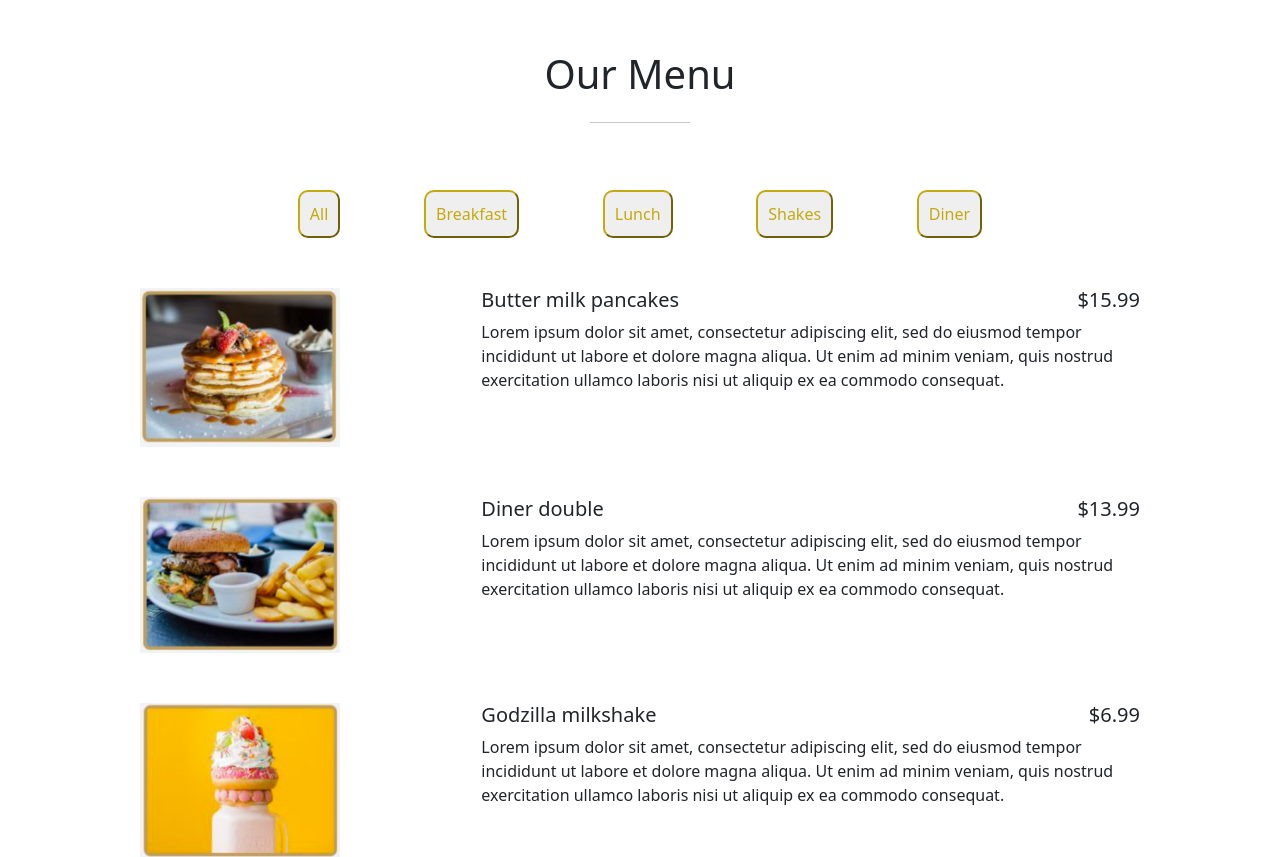
Repository: Sarah7223/internet-programming-tp
Page: TP4/TP04.2.html
These files come from the project's save history. The page is drawn as it stood at one moment and after the next save; the edit follows.
The browser window is 1280 px wide. The pictures show the whole page.

Above is the page before, as saved 2023-01-31 22:51:42.

### TP4/TP04.2.html
<!doctype html>
<html lang="en">
  <head>
    <meta charset="utf-8">
    <meta name="viewport" content="width=device-width, initial-scale=1">
    <title>Bootstrap demo</title>
    <link href="https://cdn.jsdelivr.net/npm/bootstrap@5.3.0-alpha1/dist/css/bootstrap.min.css" rel="stylesheet" integrity="sha384-GLhlTQ8iRABdZLl6O3oVMWSktQOp6b7In1Zl3/Jr59b6EGGoI1aFkw7cmDA6j6gD" crossorigin="anonymous">
    <style>
        .background{
            height:100%;
            width:100%;
            display: flex;
            flex-direction: column;
            align-items: center;
        }
        h1{
            margin-top:50px;

        }
        .buttons{
            margin-top:50px;
            display:flex;
            width:60%;
            justify-content: space-around;
        }
        img{
            width: 200px;
        }
        .title-price{
            display: flex;
            justify-content: space-between;
        }
        .row{
            margin-top:50px;
            width:80%;
        }
        h3{
            font-size: 20px;
        }
        button{
            color: rgb(196, 169, 16);
            border-color: rgb(196, 169, 16);
            border-radius: 10px;
            padding:10px;
            cursor: pointer;

        }


    </style>
    </head>
  <body>
    <div class="background">
        <h1> Our Menu </h1>
        <hr align="center" width="100" size="4">
        <div class="buttons">
            <button >All</button>
            <button>Breakfast</button>
            <button>Lunch</button>
            <button>Shakes</button>
            <button>Diner</button>
        </div>
        <div class="row">
            <div class="col-sm-4">
                <img src="./pancakes.png">
            </div>
            <div class="col-sm-8">
                <div class="title-price">
                    <h3>Butter milk pancakes</h3>
                    <h3>$15.99</h3>
                </div>
                <p>Lorem ipsum dolor sit amet, consectetur adipiscing elit, sed do eiusmod tempor incididunt ut labore et dolore magna aliqua. Ut enim ad minim veniam, quis nostrud exercitation ullamco laboris nisi ut aliquip ex ea commodo consequat. </p>

            </div>
        </div>
        <div class="row">
            <div class="col-sm-4">
                <img src="./diner.png">
            </div>
            <div class="col-sm-8">
                <div class="title-price">
                    <h3>Diner double</h3>
                    <h3>$13.99</h3>
                </div>
                <p>Lorem ipsum dolor sit amet, consectetur adipiscing elit, sed do eiusmod tempor incididunt ut labore et dolore magna aliqua. Ut enim ad minim veniam, quis nostrud exercitation ullamco laboris nisi ut aliquip ex ea commodo consequat. </p>

            </div>
        </div>
        <div class="row">
            <div class="col-sm-4">
                <img src="./milkshake.png">
            </div>
            <div class="col-sm-8">
                <div class="title-price">
                    <h3>Godzilla milkshake</h3>
                    <h3>$6.99</h3>
                </div>
                <p>Lorem ipsum dolor sit amet, consectetur adipiscing elit, sed do eiusmod tempor incididunt ut labore et dolore magna aliqua. Ut enim ad minim veniam, quis nostrud exercitation ullamco laboris nisi ut aliquip ex ea commodo consequat. </p>

            </div>
        </div>

    </div>
    <script src="https://cdn.jsdelivr.net/npm/bootstrap@5.3.0-alpha1/dist/js/bootstrap.bundle.min.js" integrity="sha384-w76AqPfDkMBDXo30jS1Sgez6pr3x5MlQ1ZAGC+nuZB+EYdgRZgiwxhTBTkF7CXvN" crossorigin="anonymous"></script>
  </body>
</html>

After the next save:
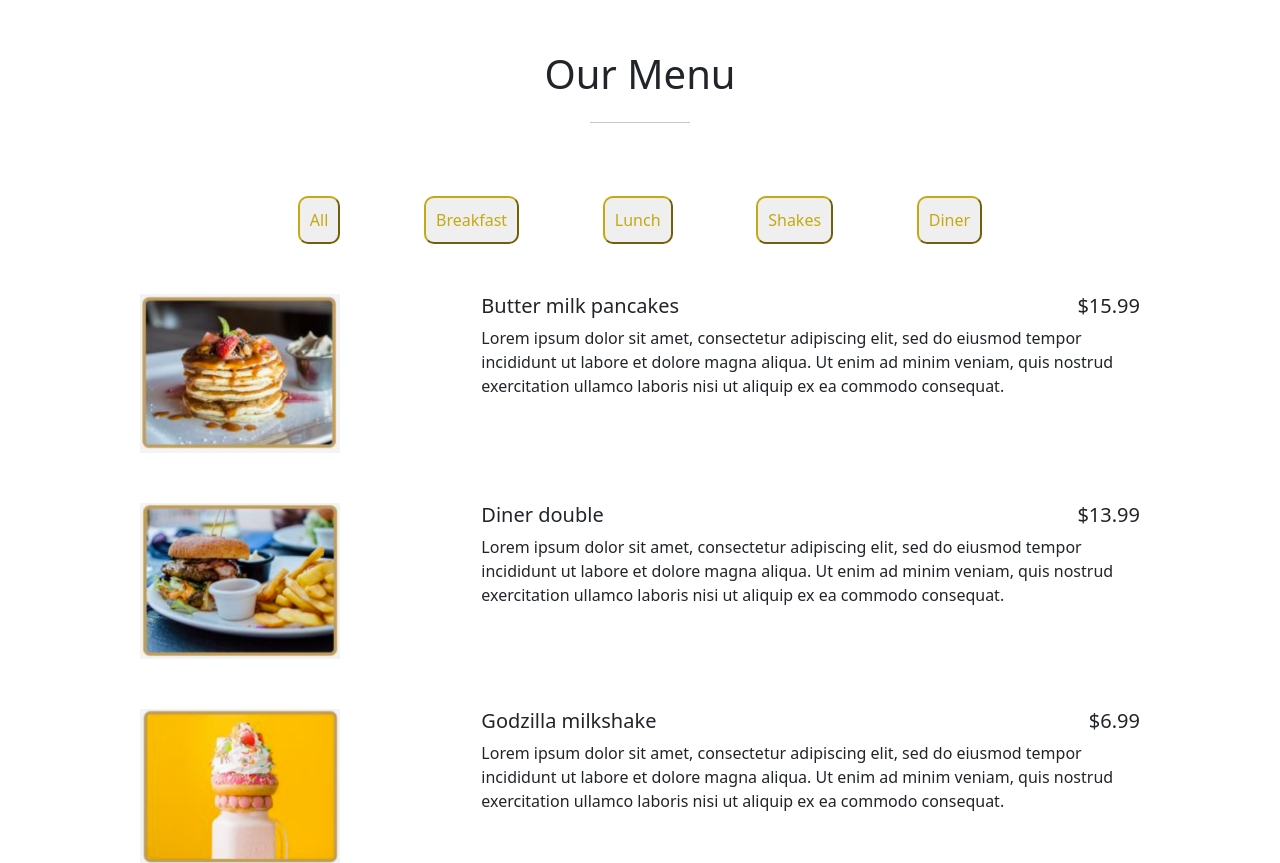
Saved 7 s later.
--- a/TP4/TP04.2.html
+++ b/TP4/TP04.2.html
@@ -52,7 +52,7 @@
   <body>
     <div class="background">
         <h1> Our Menu </h1>
-        <hr align="center" width="100" size="4">
+        <hr align="center" width="100" size="10">
         <div class="buttons">
             <button >All</button>
             <button>Breakfast</button>
